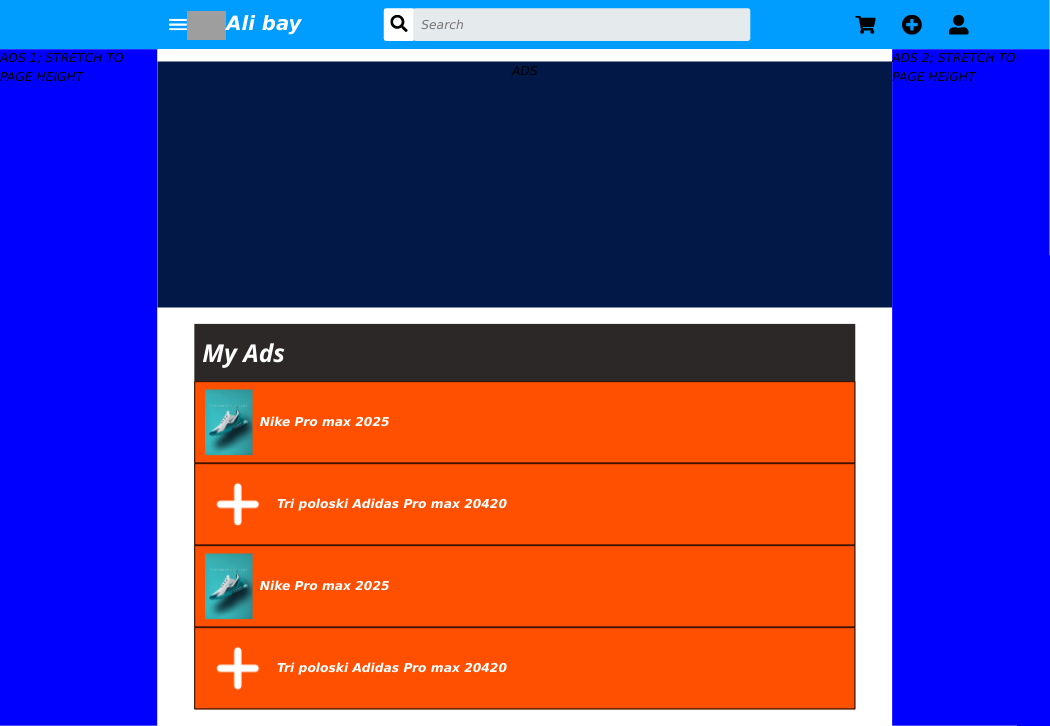
Repository: Aramys21/alibay-site
Page: public/ad_list.html
The author's editor kept a copy of each file at every save. The page is drawn from the files as they stood at one save, then again after a run of saves.
The browser window is 1280 px wide. The pictures show the whole page, at 82% of full size.
Pictures or frames that could not be fetched are drawn as grey boxes.

Above is the page before, as saved 2023-04-05 00:08:15.

### public/ad_list.html
<!DOCTYPE html>
<html>
  <head>
	<link rel="stylesheet" href="src/css/w3.css">
	<link rel="stylesheet" href="src/css/style.css">
	<link rel="stylesheet" href="src/css/style4.css">
    <title>Ads List Page</title>
  </head>
  <body>
	<div class="w3-sidebar w3-bar-block w3-card w3-animate-left side-bar" style="display:none" id="mySidebar">
		<!-- Side bar Menu -->
		<div class="sidebar-language">
			<button class="w3-bar-item w3-button w3-xlarge sidebar">ENG</button>
			<button class="w3-bar-item w3-button w3-xlarge sidebar">FR</button>
			<button class="w3-bar-item w3-button w3-xlarge sidebar">عربي</button>
		</div>
		<!-- contents of side bar -->
		<a class="w3-bar-item sidebar-title">Compte</a>
		<a href="login.html" class="w3-bar-item sidebar-link"><img class="search-icon" src="src/icons/account-white-icon.svg" style="height:12px;"> Login</a>
		<a href="register.html" class="w3-bar-item sidebar-link"><img class="search-icon" src="src/icons/account-add-icon.svg" style="height:12px;"> Register</a>
		<!-- separator -->
		<a class="w3-bar-item sidebar-title">Categories</a>
		<a href="#" class="w3-bar-item sidebar-link"><img class="search-icon" src="src/icons/perfume-icon.svg" style="height:18px;"> Cosmetique et beauté</a>
		<a href="#" class="w3-bar-item sidebar-link"><img class="search-icon" src="src/icons/watch-icon.svg" style="height:18px;"> Accessoire de mode</a>
		<a href="#" class="w3-bar-item sidebar-link"><img class="search-icon" src="src/icons/car-icon.svg" style="height:18px;"> Véhicules</a>
		<a href="#" class="w3-bar-item sidebar-link"><img class="search-icon" src="src/icons/battery-icon.svg" style="height:18px;"> piéces détachées</a>
		<a href="#" class="w3-bar-item sidebar-link"><img class="search-icon" src="src/icons/android-icon.svg" style="height:18px;"> Téléphones</a>
		<a href="#" class="w3-bar-item sidebar-link"><img class="search-icon" src="src/icons/headphones-icon.svg" style="height:18px;"> Accessoires de téléphones</a>
		<a href="#" class="w3-bar-item sidebar-link"><img class="search-icon" src="src/icons/appliance-icon.svg" style="height:18px;"> Electronique et electroménager</a>
		<a href="vetements.html" class="w3-bar-item sidebar-link"><img class="search-icon" src="src/icons/clothes-icon.svg" style="height:18px;"> Vétements</a>
	</div>

   <div id="navbar" class="navbar">
		<a href="#" id="openNav" class="w3-large navbar-first" onclick="menu_click()"><svg width="22" height="14" viewBox="0 0 22 14" fill="none" xmlns="http://www.w3.org/2000/svg">
			<path d="M0.785714 2.57143H21.2143C21.6482 2.57143 22 2.31561 22 2V0.571429C22 0.255821 21.6482 0 21.2143 0H0.785714C0.351754 0 0 0.255821 0 0.571429V2C0 2.31561 0.351754 2.57143 0.785714 2.57143ZM0.785714 8.28571H21.2143C21.6482 8.28571 22 8.02989 22 7.71429V6.28571C22 5.97011 21.6482 5.71429 21.2143 5.71429H0.785714C0.351754 5.71429 0 5.97011 0 6.28571V7.71429C0 8.02989 0.351754 8.28571 0.785714 8.28571ZM0.785714 14H21.2143C21.6482 14 22 13.7442 22 13.4286V12C22 11.6844 21.6482 11.4286 21.2143 11.4286H0.785714C0.351754 11.4286 0 11.6844 0 12V13.4286C0 13.7442 0.351754 14 0.785714 14Z" fill="white"/>
			</svg>
			</a>
		<div class="navbar__logo"><a href="home.html"><img src="src/images/logo-ab.png" style="width:8%;height:auto;"/>Ali bay</a></div>
		<div class="navbar__search">
		<a class="search-icon-link" href="#"><img class="search-icon" src="src/icons/search-icon.svg" style="width:22px;"></a>
		<input type="text" placeholder="Search" class="navbar__search__input"/>
		</div>
		<div class="navbar__links">


			<div class="dropdown">
				<a href="#" class="dropbtn"><img class="nav-icons" src="src/icons/cart-icon.svg"></a>
				<div id="dropdown-cart" class="dropdown-content">
					<p>My Cart</p>
					<a href="#"><img class="search-icon" src="src/icons/clothes-icon.svg"> Link 1</a>
					<a href="#"><img class="search-icon" src="src/icons/watch-icon.svg"> Link 2</a>
					<a href="#"><img class="search-icon" src="src/icons/appliance-icon.svg"> Link 3</a>
				</div>
			</div>

			<div class="dropdown">
				<a href="ad_list.html" class="dropbtn"><img class="nav-icons" src="src/icons/add-icon.svg"></a>
			</div>

			<div class="dropdown">
				<a href="#" class="dropbtn"><img class="nav-icons" src="src/icons/account-icon.svg"></a>
				<div id="dropdown-acc" class="dropdown-content">
					<p>My Account</p>
					<div class="dropdown-acc-info-container">
						<div class="dropdown-acc-icon"><img id="dropdown-account-icon" src="src/icons/account-icon.svg"></div>
						<a id="dropdown-acc-username">WexDex</a>
					</div>

					<a href="#">Disconnect</a>
				</div>
			</div>

      </div>
    </div>
	<script>
		function menu_click() {
		  if (document.getElementById("mySidebar").style.display === "none") {
			  document.getElementById("mySidebar").style.left = "0";
			  document.getElementById("mySidebar").style.width = "15%";
			  document.getElementById("mySidebar").style.display = "block";
		  }
		  else {
			  document.getElementById("mySidebar").style.display = "none";
		  }
		}
		function w3_close() {
			  document.getElementById("mySidebar").style.display = "none";
		}
	</script>

	<!-- Body Start -->
	<div id="container" style="display:flex;">
	<div class="left">ADS 1; STRETCH TO PAGE HEIGHT</div>
	<div class="main">
		<!-- ADS -->
		<div class="ad-box">
			<p>ADS</p>
		</div>
		<!-- main content -->

		<div class="list-container">
			<div class="list-label"><h2>My Ads</h2></div>
			<!-- Item list -->

			<!-- Single item start -->
			<div class="list-item">
				<a><img src="src/images/ades (1).png"></a>
				<a>Nike Pro max 2025</a>
			</div>
			<!-- single item end -->

			<!-- Single item start -->
			<div class="list-item">
				<a><img src="src/images/ades (2).png"></a>
				<a>Tri poloski Adidas Pro max 20420</a>
			</div>
			<!-- single item end -->

			<!-- Single item start -->
			<div class="list-item">
				<a><img src="src/images/ades (1).png"></a>
				<a>Nike Pro max 2025</a>
			</div>
			<!-- single item end -->

			<!-- Single item start -->
			<div class="list-item">
				<a><img src="src/images/ades (2).png"></a>
				<a>Tri poloski Adidas Pro max 20420</a>
			</div>
			<!-- single item end -->
		</div>

	</div>
		<div class="right">ADS 2; STRETCH TO PAGE HEIGHT</div>
	</div>

	<a href="#" class="back-to-top"></a>
	<script>
		const backToTopButton = document.querySelector('.back-to-top');

		window.addEventListener('scroll', () => {
		  if (window.scrollY > 200) {
			backToTopButton.classList.add('show');
		  } else {
			backToTopButton.classList.remove('show');
		  }
		});

		backToTopButton.addEventListener('click', () => {
		  window.scrollTo({ top: 0, behavior: 'smooth' });
		});

	</script>
  </body>
</html>

### public/src/css/style.css
html,
body {

  font-style: italic;
}

/* Style for the navbar */
  .navbar {
	display: flex;
	justify-content: space-between;
	align-items: center;
	background-color: #009dff;
	color: #fff;
	padding: 10px;
	height: 60px;
  }
  .navbar__logo a {
	font-size: 24px;
	font-weight: bold;
	display: inline;
	color: #fff;
	text-decoration: none;

  }
  .navbar__logo img {
	  width:20% !important;
  }
  .navbar-first {
	  margin-left: 15%;
  }
  .navbar__logo {
	  display: inline;
	  width: 30%;
  }
  .navbar__search {
	  display: flex;
	  width:70%;
  }

  .navbar__search__input {
	/* margin: 0 20px; */
	margin-left: -2px;
	height: 40px;
	border-radius: 3px;
	border: none;
	padding: 0 10px;
	z-index: 1;
  }

  input[type="text"].navbar__search__input {
	margin-right: 20%;
	width: 100% !important;
	background-color: #e5eaed;
  }
  .search-icon-link {
	padding-top: 7px;
	background-color: #ffffff;
	border-radius: 3px;
	border: none;
	padding-left: 8px;
	padding-right: 8px;
  }

  .navbar__links {
	display: flex;
	margin-right: 5%;
  }
  .navbar__links a {
	color: #000;
	text-decoration: none;
	margin-right: 30px;
	font-size: 20px;
	margin-right: 50px;
  }
  .navbar__links a:last-child {
	margin-right: 0;
  }


  .nav-icons {
	  fill: black;
	  color: black;
  }

.side-bar {
	transition: 0.5s;
	background-color: #009dff;
	color: #fff;
}

#navbar {
  transition: margin-left .5s;
  padding: 20px;
}

@media screen and (max-height: 450px) {
  .navbar {padding-top: 15px;}
  .navbar a {font-size: 18px;}
}

/* Drop down */

.dropdown {
  float: left;
  overflow: hidden;
}

.dropdown .dropbtn {
  font-size: 16px;
  border: none;
  outline: none;
  color: white;
  padding: 14px 16px;
  background-color: inherit;
  font-family: inherit;
  margin: 0;
}

.navbar a:hover, .dropdown:hover .dropbtn {

}

.dropdown-content {
  display: none;
  position: absolute;
  background-color: #f9f9f9;
  box-shadow: 0px 8px 16px 0px rgba(0,0,0,0.2);
  z-index: 1;
  right : 10px;
}
#dropdown-cart {
	min-width: 400px;
}
#dropdown-acc {
	min-width: 250px;
}

.dropdown-acc-info-container {
	display: flex;
	align-items: center;
	background-color: #2D2828;
}
.dropdown-acc-info-container a {
	color: white;
	font-size: 20px;

}

.dropdown-acc-icon {
  display: flex;
  justify-content: center;
  align-items: center;
  width: 70px;
  height: 70px !important;
  border-radius: 50%;
  background-color: #FE5000;
  margin-bottom: 5px;
  color: white;
  margin: 5px;
}

.dropdown-acc-icon img {
	fill: #fff;
	color: #fff;
}

.dropdown-content a:not([id="dropdown-acc-username"]),.dropdown-content p,.dropdown-content img {
  float: none;
  color: #fff;
  padding: 6px 10px;
  text-decoration: none;
  display: flex;
  text-align: left;
  margin-right: 0;
  background-color: #FE5000;
}
.dropdown-content img {
	background-color: transparent;
}
.dropdown-content a {
	display: flex;
}

.dropdown-content p {
	background-color: #2D2828;
	margin-bottom: 0;
	margin-top: 0;
	font-size: 20px;
	color: #fff;
}
#dropdown-acc p {
	background-color: #000;
}

.dropdown-content a:hover:not([id="dropdown-acc-username"]),.dropdown-content img:hover {
  background-color: #942B0A;
}
#dropdown-account-icon:hover {
	background-color: transparent;
}

.dropdown:hover .dropdown-content {
  display: block;
}

/* Sidebar */

.sidebar-language button {
	width: 34%;
	font-size: 20px;
}
.sidebar-language {
	display: flex;
	background-color: #0077ff;
	color: #fff;
}
a.sidebar-title, a.sidebar-link {
	text-decoration: none;
}
a.sidebar-link {
	margin-left: 5%;
}
a.sidebar-link:hover {
	background-color: #942B0A;
}


/* Body Structure */
.container {
  justify-content: center;
  align-items: center;
}
.left,
.right {
  display:flex;
  /* height: 100%; */
  width: 15%;
}
.left {
  background-color: blue;
}

.right {
  background-color: blue;
}

.main {
  height: 100%;
  background-color: white;
  width: 70%;
}


/* Content */
.ad-box {
	height:300px;
	background-color: #021947;
	text-align: center;
	align-items: middle;
	margin: auto;
	width:100%;

}

.ad-box img {
	color: #000;
	font-size: 40px;
	margin: auto;
  background-size: cover;
  width: 100%;
  height: 100%;

}
.right img{
  width: 100%;
  height: 100%;

}

/* Categories */

.category-links {
	display: flex;
	justify-content: space-between;
	align-items: center;
  justify-content: center;
	background-color: #2D2828;
	height: 250px;
  padding-top: 10px;
	/* padding-left: 5%;
	padding-right: 5%; */
	flex-wrap: wrap;
	width:auto;
	/* margin-left: 15%; */
	/* margin-right: auto; */
}

.category-link {
  display: flex;
  flex-direction: column;
  justify-content: center;
  align-items: center;
  text-align: center;
  width: 100px;
  height: 120px;
  text-decoration: none;
  font-weight: bold;
  font-size: 1.2em;
  margin-right: 10px;
}

.category-icon {
  display: flex;
  justify-content: center;
  align-items: center;
  width: 70px;
  height: 70px !important;
  border-radius: 50%;
  background-color: #009dff;
  margin-bottom: 5px;
  color: white;
}
.category-icon.active-category {
  background-color: #8CBE39;
}

.category-icon img {
	fill: #fff;
	color: #fff;
}
.icn{
color: #fff;
fill: #fff;
height: 75% ;
}
.category-text {
  display: flex;
  text-overflow: ellipsis;
  overflow: hidden;
  word-wrap: break-word;
  color: white;
  font-size: 1rem;
  height: 50px;
}
/* Filter Bar */
.filter-container {
	/* width: 80%; */
	margin: auto;
	margin-top: 20px;
	display: flex;
	justify-content: center;
}
.filter-bar {
	display: flex;
	width: 40%;
	margin-right: 10%;
}
.filter-bar input {
	width: 100%;
	background-color: #009dff;
	border: none;
	color: white;
	border-top-left-radius: 5px;
	border-bottom-left-radius: 5px;
}

.filter-search-icon-link {
	padding: 8px;
	background-color: #08024f;
	border-top-right-radius: 3px;
	border-bottom-right-radius: 3px;
	border: none;
  }
/* Filter Dropdown */
.filter-dropdown {
  position: relative;
  display: inline-block;
}

.filter-btn {
  background-color: #009dff;
  color: white;
  padding: 10px;
  border: none;
  cursor: pointer;
  border-radius: 15px;
  font-size: 18px;
}

.filter-content {
  display: none;
  position: absolute;
  background-color: #009dff;
  min-width: 200px;
  z-index: 1;
  padding: 10px;
  box-shadow: 0px 8px 16px 0px rgba(0,0,0,0.2);
  border: black solid 1px;
}
.filter-content select,.filter-content input {
	background-color: #2D2828;
	color: white;
}

.filter-content form {
  margin: 0;
}

.filter-content label {
  display: block;
  font-weight: bold;
  margin-bottom: 5px;
}

.filter-content select, .filter-content input {
  display: block;
  margin-bottom: 10px;
  width: 100%;
  padding: 5px;
  border: 1px solid #ccc;
  border-radius: 4px;
  box-sizing: border-box;
}

.filter-content button[type=submit] {
  background-color: #4CAF50;
  color: white;
  border: none;
  padding: 10px;
  cursor: pointer;
}

.filter-dropdown:hover .filter-content {
  display: block;
}


/* Products List */
.product-list {
	display: flex;
	flex-wrap: wrap;
	justify-content: space-between;
	padding-left: 10%;
	padding-right: 10%;
	padding-top: 5%;
	width:100%;
}

.product-card {
  width: calc((100% / 3) - 20px);
  margin-bottom: 20px;
  box-shadow: 0 0 5px rgba(0, 0, 0, 0.2);
  border-radius: 5px;
  overflow: hidden;
  background-color: #006afe;
}

.product-card-img {
  display: block;
  width: 100%;
  height: 350px;
}

.product-card h2 {
  font-size: 1.2em;
  margin: 10px;
}

.product-card p {
  font-size: 0.9em;
  margin: 10px;
  color: #555;
}

.product-icons {
	display: flex;
	align-items: center;
	width: 50%;
}

.product-card a.card-icon-links {
  margin-left: 20px;
  padding: 20px 0px;
  border: none;
  color: white;
  font-weight: bold;
  border-radius: 5px;
  cursor: pointer;
}

.card-icons img {
	width: 33%;
	height: 33%;
}

/* Back to Top button */
.back-to-top {
  display: none;
  position: fixed;
  bottom: 20px;
  right: 20px;
  width: 50px;
  height: 50px;
  background-color: #007bff;
  color: white;
  border-radius: 50%;
  text-align: center;
  line-height: 50px;
  font-size: 24px;
  cursor: pointer;
  z-index: 9999;
  transition: opacity 0.4s ease-in-out;
  text-decoration: none;
}

.back-to-top:before {
  content: "\2191";
  font-family: Arial, sans-serif;
  font-weight: bold;
}

.back-to-top:hover {
  opacity: 0.8;
}

.back-to-top.active {
  display: block;
}


.back-to-top.show {
  display: block;
  opacity: 1;
}

### public/src/css/style4.css
.list-container {
	width: 90%;
	background-color: #2D2828;
	margin: auto;
	margin-top: 20px;
	margin-bottom: 20px;
}

.list-label {
	min-height: 70px;
	max-height: 70px;
	display: flex;
    align-items: center;
}

.list-item {
	min-height: 100px;
	max-height: 100px;
	display: flex;
    align-items: center;
	background-color: #FE5000;

	border: black solid 1px;
}

.list-item img {
	height: 80px;
	margin-left: 3%;
}

.list-container h2 {
	color: white;
	font-weight: bold;
	margin-left: 10px;
}

.list-item a {
	color: white;
	font-size: 30;
	font-weight: bold;
	margin-left: 10px;
}

Loaded but not shown: public/src/css/w3.css (library)

After the next 3 saves:
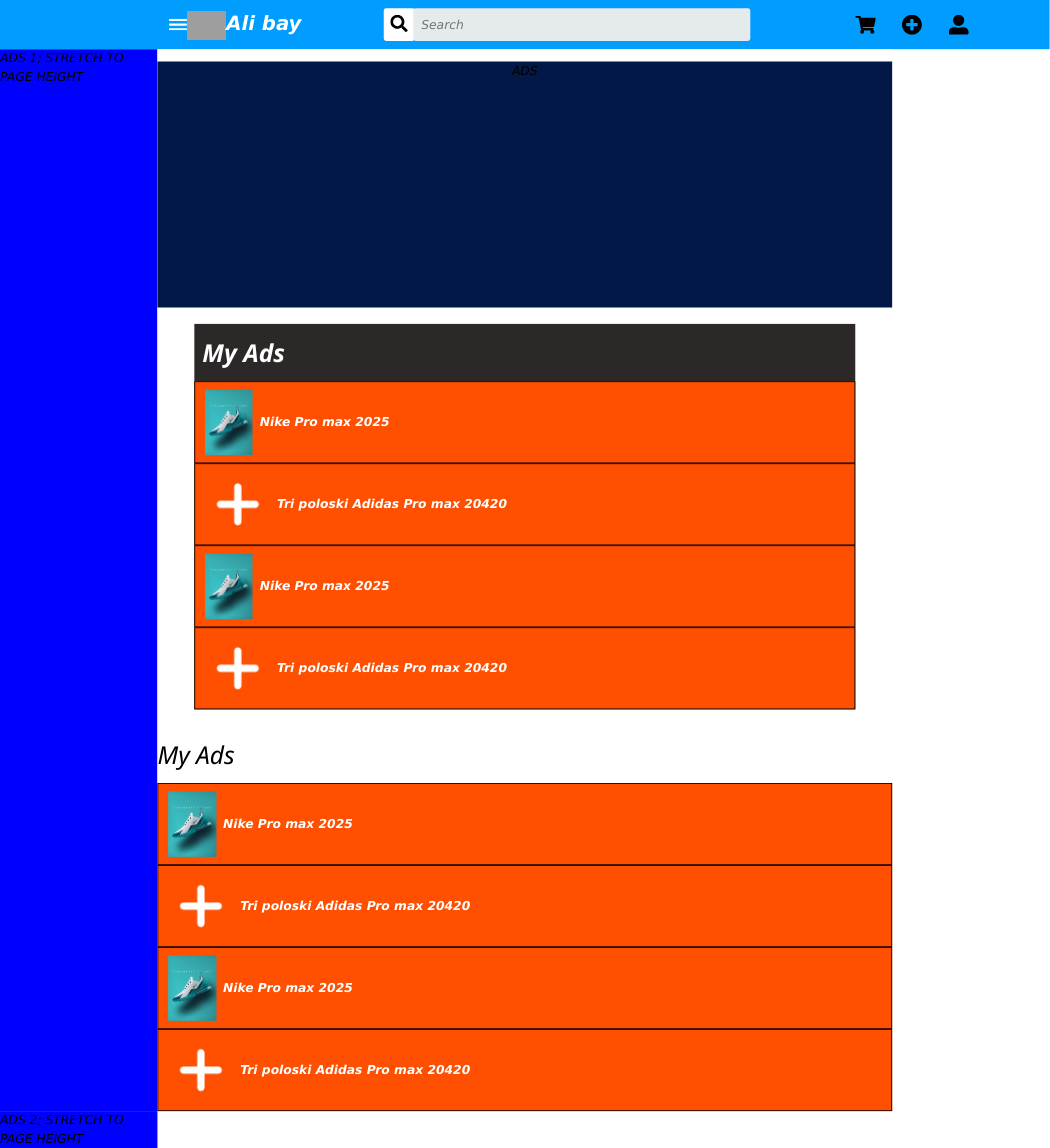
The 3 saves are shown as one change because they came seconds apart.
The last was saved 10 min 37 s later.
--- a/public/ad_list.html
+++ b/public/ad_list.html
@@ -131,6 +131,37 @@
 			<!-- single item end -->
 		</div>
 
+		<div class="list-label"><h2>My Ads</h2></div>
+			<!-- Item list -->
+
+			<!-- Single item start -->
+			<div class="list-item">
+				<a><img src="src/images/ades (1).png"></a>
+				<a>Nike Pro max 2025</a>
+			</div>
+			<!-- single item end -->
+
+			<!-- Single item start -->
+			<div class="list-item">
+				<a><img src="src/images/ades (2).png"></a>
+				<a>Tri poloski Adidas Pro max 20420</a>
+			</div>
+			<!-- single item end -->
+
+			<!-- Single item start -->
+			<div class="list-item">
+				<a><img src="src/images/ades (1).png"></a>
+				<a>Nike Pro max 2025</a>
+			</div>
+			<!-- single item end -->
+
+			<!-- Single item start -->
+			<div class="list-item">
+				<a><img src="src/images/ades (2).png"></a>
+				<a>Tri poloski Adidas Pro max 20420</a>
+			</div>
+			<!-- single item end -->
+		</div>
 	</div>
 		<div class="right">ADS 2; STRETCH TO PAGE HEIGHT</div>
 	</div>

After the save that followed:
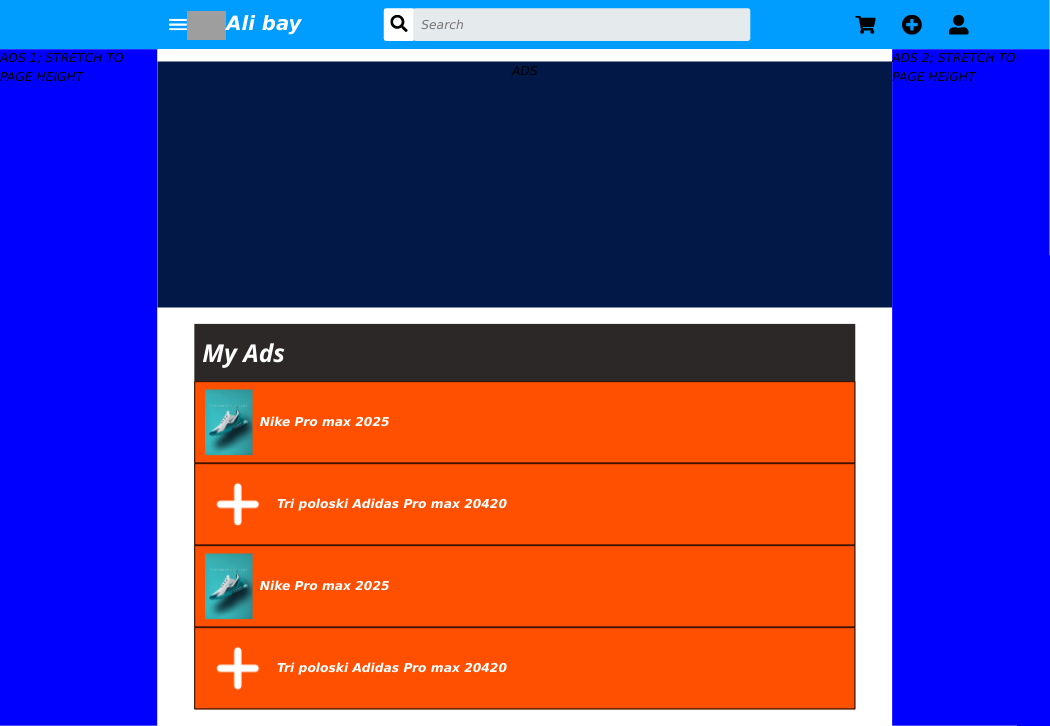
Saved 14 s later.
--- a/public/ad_list.html
+++ b/public/ad_list.html
@@ -131,37 +131,7 @@
 			<!-- single item end -->
 		</div>
 
-		<div class="list-label"><h2>My Ads</h2></div>
-			<!-- Item list -->
 
-			<!-- Single item start -->
-			<div class="list-item">
-				<a><img src="src/images/ades (1).png"></a>
-				<a>Nike Pro max 2025</a>
-			</div>
-			<!-- single item end -->
-
-			<!-- Single item start -->
-			<div class="list-item">
-				<a><img src="src/images/ades (2).png"></a>
-				<a>Tri poloski Adidas Pro max 20420</a>
-			</div>
-			<!-- single item end -->
-
-			<!-- Single item start -->
-			<div class="list-item">
-				<a><img src="src/images/ades (1).png"></a>
-				<a>Nike Pro max 2025</a>
-			</div>
-			<!-- single item end -->
-
-			<!-- Single item start -->
-			<div class="list-item">
-				<a><img src="src/images/ades (2).png"></a>
-				<a>Tri poloski Adidas Pro max 20420</a>
-			</div>
-			<!-- single item end -->
-		</div>
 	</div>
 		<div class="right">ADS 2; STRETCH TO PAGE HEIGHT</div>
 	</div>
